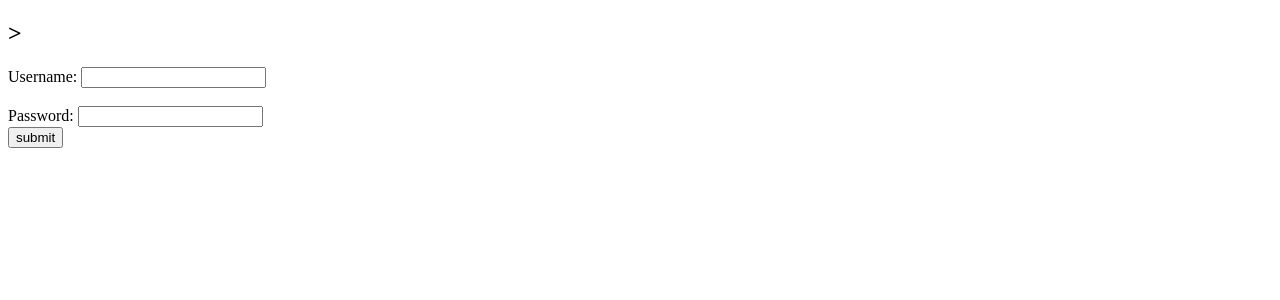
Repository: i-am-enlightened/Spring
Page: http://localhost/LoginSpringApp/login.jsp
An editor plug-in stored every save of this project. The page is shown before and after the next save, followed by the edit.
The browser window is 1280 px wide. The pictures show the whole page.
The page is served by Tomcat 9. Other server files are loaded and not shown.

Above is the page before, as saved 2019-07-31 13:23:15.

### LoginSpringApp/WebContent/login.jsp
<%@ page language="java" contentType="text/html; charset=ISO-8859-1"
    pageEncoding="ISO-8859-1"%>
<!DOCTYPE html>
<html>
<head>
<meta charset="ISO-8859-1">
<title>Insert title here</title>
</head>
<body>
	<h2>${logonerror}></h2>
	<form action="validate" method="post">
	Username: <input type="text" name="username"> <br> <br>
	Password: <input type="password" name="password"> <br>
	<input type="submit" value="submit">
	</form>
</body>
</html>

After the next save:
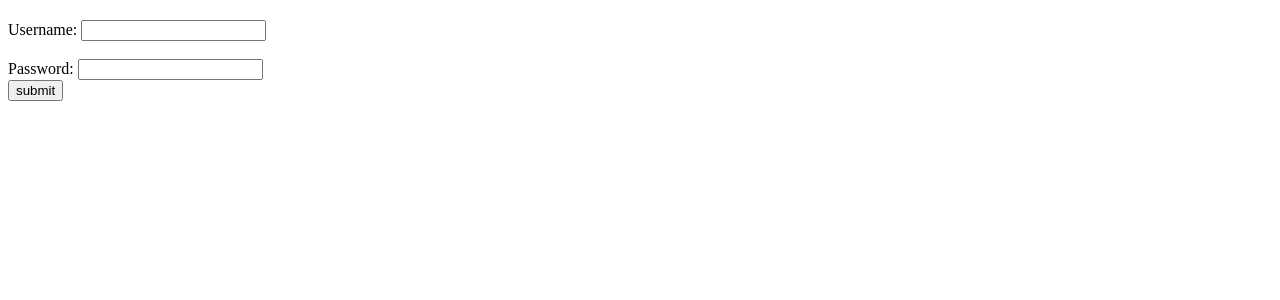
Saved 11 s later.
--- a/LoginSpringApp/WebContent/login.jsp
+++ b/LoginSpringApp/WebContent/login.jsp
@@ -7,7 +7,7 @@
 <title>Insert title here</title>
 </head>
 <body>
-	<h2>${logonerror}></h2>
+	<h2>${logonerror}</h2>
 	<form action="validate" method="post">
 	Username: <input type="text" name="username"> <br> <br>
 	Password: <input type="password" name="password"> <br>
